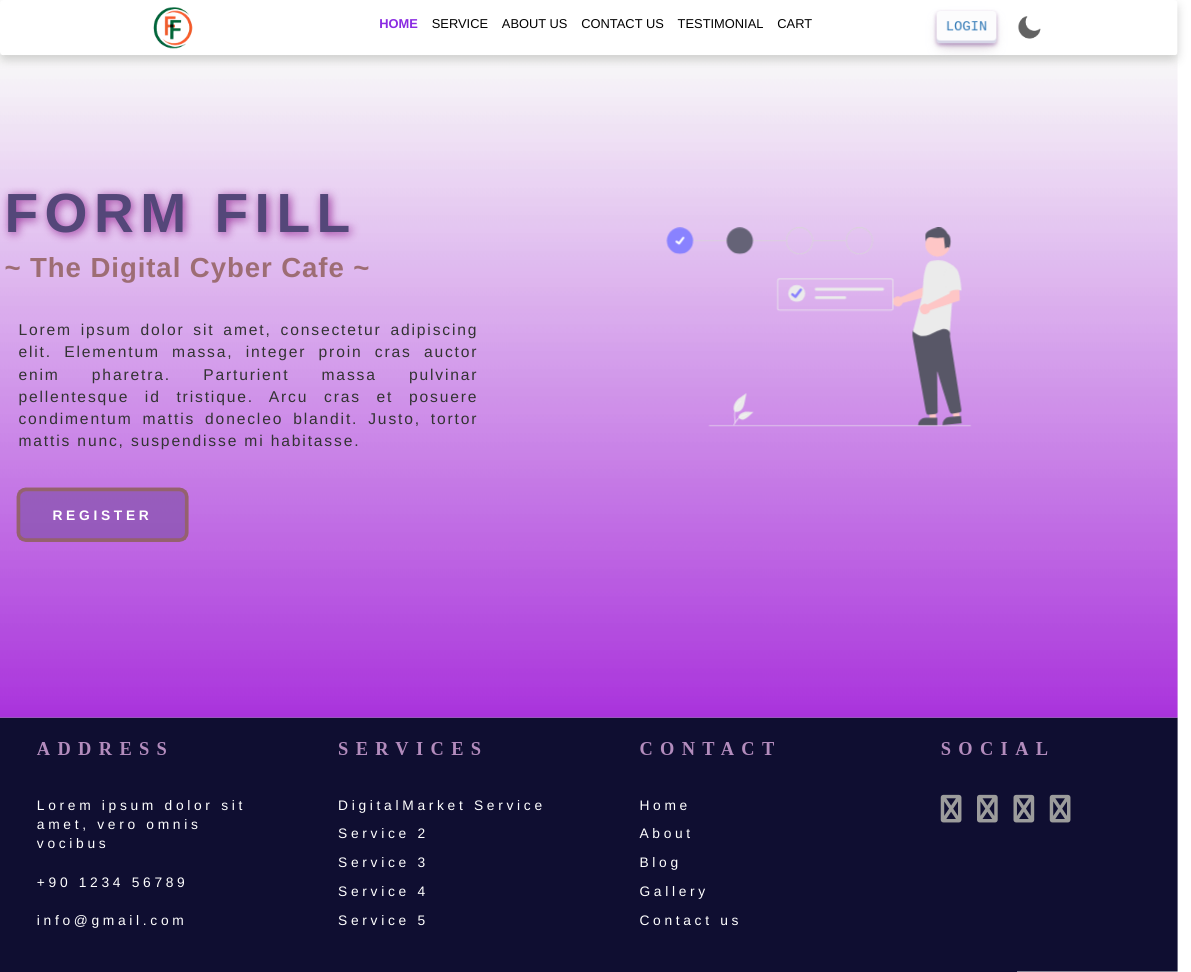
Repository: codervivek5/Formfil
Page: index.html
An editor plug-in stored every save of this project. The page is shown before and after the next save, followed by the edit.
The browser window is 1280 px wide. The page is 1295 px wide, so the pictures cover 1295 px, including what lies to the right of the window. The pictures show the whole page, at 92% of full size.
Some web fonts or font styles are not loaded; a fallback is used.

Above is the page before, as saved 2023-03-04 21:44:49.

### index.html
<!DOCTYPE html>
<html lang="en">

<head>
	<meta charset="UTF-8" />
	<meta http-equiv="X-UA-Compatible" content="IE=edge" />
	<meta name="viewport" content="width=device-width, initial-scale=1.0" />
	<title>Home-FormFil</title>
	<link rel="stylesheet" href="style/style.css" />
     <link rel="stylesheet" href="style/theme.css">

	<link rel="stylesheet" href="https://maxcdn.bootstrapcdn.com/bootstrap/3.4.1/css/bootstrap.min.css">
	<script src="https://ajax.googleapis.com/ajax/libs/jquery/3.6.0/jquery.min.js"></script>
     <script src="https://maxcdn.bootstrapcdn.com/bootstrap/3.4.1/js/bootstrap.min.js"></script>

	<link rel="stylesheet" href="https://fonts.googleapis.com/css?family=Trirong" />
	<link rel="icon" type="image/x-icon" href="./img/crop_logo.png" />
	<link rel="stylesheet" href="https://cdnjs.cloudflare.com/ajax/libs/font-awesome/6.2.1/css/all.min.css">
</head>

<body>

    <div class="loader">
          <img class= "imgload" src="img/logo.png"  alt="">
     </div>

     <header class="navbar">
      <a href="index.html"><img class="logo" src="img/logo.png" width="100px" height="100px" /></a>

      <div class="navbar-opt">
        <ul class="navbar-list">
          <li><a href="index.html" class="nav-link active">HOME</a></li>
          <li><a href="pages/service.html" class="nav-link">SERVICE </a></li>
          <li><a href="pages/about_us.html" class="nav-link">ABOUT US </a></li>
          <li><a href="pages/contact-us.html" class="nav-link">CONTACT US </a></li>
          <li><a href="pages/testimonial.html" class="nav-link">TESTIMONIAL</a></li>
          <li><a href="pages/cart.html" class="nav-link">CART</a></li>
        </ul>
      </div>

      <div class="fixed-buttons">
        <button><a href="pages/login.html" class="lgn">LOGIN</a></button>
        <img src="img/moon.png" id="icon">
      </div>

      <div class="mobile-menu">
        <ion-icon name="menu-outline" class="menu-icon"></ion-icon>
        <ion-icon name="close-outline" class="menu-icon"></ion-icon>
      </div>

     </header>

	<div class="main">

		<div class="container">
			<div class="content animated fadeInLeft">
				<h1>FORM FILL</h1>
				<h2>~ The Digital Cyber Cafe ~</h2>
				<p class="para">
					Lorem ipsum dolor sit amet, consectetur adipiscing elit.
          Elementum massa, integer proin cras auctor enim pharetra.
					Parturient massa pulvinar pellentesque id tristique.
          Arcu cras et posuere condimentum mattis donecleo blandit.
          Justo, tortor mattis nunc, suspendisse mi habitasse.
				</p>
				<div class="btn">
					<a href="pages/signup.html"> <button class="btn1 button">REGISTER</button></a>
				</div>
			</div>
			<div class="shipp animated fadeInRight">
				<img src="img/svg.svg" />
        <!-- <img src="img/formfilSvg.svg" /> -->
			</div>
		</div>
	</div>

<!-- footer section -->
<footer>
    <div>
        <div class="row">
            <div class="col-lg-3 col-md-5 col-sm-4 col-xs-12">
                <ul class="adress">
                     <span>Address</span>
                     <li>
                        <p>Lorem ipsum dolor sit amet, vero omnis vocibus</p>
                      </li>

                      <li>
                        <p>+90 1234 56789</p>
                      </li>

                      <li>
                        <p>info@gmail.com</p>
                      </li>
                 </ul>
            </div>
            <div class="col-lg-3 col-md-5 col-sm-4 col-xs-12">
               <ul class="service">
                    <span>Services</span>
                    <li>
                       <a href="#">DigitalMarket Service</a>
                     </li>

                     <li>
                        <a href="#">Service 2</a>
                     </li>

                     <li>
                       <a href="#">Service 3</a>
                     </li>

                     <li>
                        <a href="#">Service 4 </a>
                     </li>

                     <li>
                       <a href="#">Service 5</a>
                    </li>
               </ul>
           </div>
            <div class="col-lg-3 col-md-3 col-sm-4 col-xs-12">
                <ul class="contact">
                     <span>Contact</span>
                     <li>
                        <a href="index.html">Home</a>
                      </li>

                      <li>
                         <a href="pages/about_us.html">About</a>
                      </li>

                      <li>
                        <a href="#">Blog</a>
                      </li>

                      <li>
                         <a href="#">Gallery </a>
                      </li>

                      <li>
                        <a href="pages/contact-us.html">Contact us</a>
                     </li>
                </ul>
            </div>

            <div class="col-lg-3 col-md-3 col-sm-4 col-xs-12">
               <ul class="social">
                    <span>Social</span>
                    <li>
                         <a href="https://www.facebook.com/codervivek"  target="_blank"><i class="fa fa-facebook fa-2x"></i></a>
                    </li>

                    <li>
                         <a href="https://github.com/codervivek5" target="_blank"><i class="fa fa-github fa-2x"></i></a>
                    </li>

                    <li>
                         <a href="https://www.linkedin.com/in/codervivek/" target="_blank"><i class="fa fa-linkedin fa-2x"></i></a>
                    </li>

                    <li>
                         <a href="https://twitter.com/codervivek5" target="_blank"><i class="fa fa-twitter fa-2x"></i></a>
                    </li>

                    <li>
                         <a href="https://www.youtube.com/codervivek" target="_blank"><i class="fa fa-youtube-play fa-2x"></i></a>
                   </li>
                  </ul>
            </div>
       </div>
    </div>
    <button class="back-to-top hidden">
     <svg
     xmlns="http://www.w3.org/2000/svg"
     class="back-to-top-icon"
     fill="none"
     viewBox="0 0 24 24"
     stroke="currentColor"
   >
     <path
       stroke-linecap="round"
       stroke-linejoin="round"
       stroke-width="2"
       d="M7 11l5-5m0 0l5 5m-5-5v12"
     />
   </svg></button>
</footer>


<script>

     // Javascript Code for Dark Mode Switch
	var icon = document.getElementById("icon");
	icon.onclick = function(){
		document.body.classList.toggle("dark-mode");
		if (document.body.classList.contains("dark-mode")){
			icon.src="img/sun.png";
		}
		else {
			icon.src="img/moon.png";
		}
	}
  //javascript for loader
  $(document).ready(function() {
      // Animate loader off screen
   setTimeout(function() {
    $(".loader").fadeOut("slow");
   }, 0);
  });
      // Javascript Code for Scroll to top Button
      const showOnPx = 100;
      const backToTopButton = document.querySelector(".back-to-top")

     const scrollContainer = () => {
       return document.documentElement || document.body;
      };

 document.addEventListener("scroll", () => {
   if (scrollContainer().scrollTop > showOnPx) {
     backToTopButton.classList.remove("hidden")
   } else {
     backToTopButton.classList.add("hidden")
   }
 })
 const goToTop = () => {
   document.body.scrollIntoView({
     behavior: "smooth",
   });
 };
 backToTopButton.addEventListener("click", goToTop);

 const mobile_nav= document.querySelector('.mobile-menu');
const nav_header= document.querySelector(".navbar");

const toggleNav = () =>{
  nav_header.classList.toggle("switchOn");
}

mobile_nav.addEventListener('click', () => toggleNav());

</script>
<script type="module" src="https://unpkg.com/ionicons@5.5.2/dist/ionicons/ionicons.esm.js"></script>
<script nomodule src="https://unpkg.com/ionicons@5.5.2/dist/ionicons/ionicons.js"></script>
</body>
</html>

### style/style.css
@import url('https://fonts.googleapis.com/css2?family=Tilt+Prism&display=swap');

body{
	margin:0;
	padding:0;
	background:black;
font-family: 'Times New Roman', Times, serif;
overflow-x: hidden;
}
.main{
	position: relative;
	height:100%;
	width:100%;
	background-position: center;
	background-repeat: no-repeat;
	background-size: cover;
	/* opacity: 0.8; */

}
.navbar{
    padding: 0 !important;
    padding: 0 3rem;
    height: 6rem;
    display: flex;
    justify-content: space-between;
    align-items: center;
    margin-bottom: 0 !important;
    box-shadow: 0px 5px 10px #48464640 !important;
    z-index: 999;
}

.navbar-opt{
    transition: all 0.5s;
  }

  .navbar-list{
    display: flex;
    gap: 1.5rem;
    list-style: none;
  }

  .fixed-buttons{
    display: flex;
    justify-content: center;
    align-items: center;
    column-gap: 1rem;
  }

  .active{
    font-weight: 700 !important;
  }

  .nav-link:link,
.nav-link:visited {
  display: inline-block;
  text-decoration: none;
  color: black;
}

.mobile-menu{
  display: none;
  background: transparent;
  cursor: pointer;
}

.menu-icon{
  width: 3.2rem;
  height: 3.2rem;
  z-index: 1000;
}

.menu-icon[name="close-outline"]{
  display: none;
}

.fixed-buttons button{
  align-items: center;
  appearance: none;
  background-color: #FCFCFD;
  border-radius: 4px;
  border-width: 0;
  box-shadow: #7b378e7b 0 2px 4px,#c1b6c4a8 0 7px 13px -3px,#D6D6E7 0 -3px 0 inset;
  box-sizing: border-box;
  color: #36395A;
  cursor: pointer;
  display: inline-flex;
  font-family: "JetBrains Mono",monospace;
  height: 3.5rem;
  justify-content: center;
  line-height: 1;
  list-style: none;
  overflow: hidden;
  padding-left: 1rem;
  padding-right: 1rem;
  position: relative;
  text-align: left;
  text-decoration: none;
  transition: box-shadow .15s,transform .15s;
  user-select: none;
  -webkit-user-select: none;
  touch-action: manipulation;
  white-space: nowrap;
  will-change: box-shadow,transform;
  font-size: 1.5rem;
}

.fixed-buttons button:focus {
    box-shadow: #D6D6E7 0 0 0 1.5px inset, rgba(45, 35, 66, 0.4) 0 2px 4px, rgba(45, 35, 66, 0.3) 0 7px 13px -3px, #D6D6E7 0 -3px 0 inset;
  }

  .fixed-buttons button:hover {
    box-shadow: rgba(45, 35, 66, 0.4) 0 4px 8px, rgba(45, 35, 66, 0.3) 0 7px 13px -3px, #D6D6E7 0 -3px 0 inset;
    transform: translateY(-2px);
  }

  .fixed-buttons button:active {
    box-shadow: #D6D6E7 0 3px 7px inset;
    transform: translateY(2px);
  }

@media (max-width:1220px){
    .navbar-list{
      gap: 0.3rem;
    }
  }

  @media (max-width:1030px){
    .mobile-menu{
      display: block;
    }

    .navbar{
      padding: 0 1rem;
      position: relative;
    }

    .navbar-opt{
      width: 100vw;
      height: 100vh;
      background-color: #484646dd;
      position: absolute;
      top: 0;
      left: 0;
      display: flex;
      justify-content: center;
      /* transform: translateY(100%); */
      transition: all 0.5s linear;
      opacity: 0;
      visibility: hidden;
      pointer-events: none;
    }

    .navbar-list{
      flex-direction: column;
      align-items: center;
      justify-content: center;
      font-size: 1.7rem;
      font-weight: 500;
    }

    .switchOn .navbar-opt{
      opacity: 1;
      visibility: visible;
      pointer-events: auto;
    }

    .switchOn .mobile-menu .menu-icon[name="close-outline"]{
      display: block;
    }

    .switchOn .mobile-menu .menu-icon[name="menu-outline"]{
      display: none;
    }

  }

  .nav-link:hover{
    color: grey !important;
  }

    /* ____________________________________________________________________________________________________________ */

.container{
    display: flex;
    justify-content: space-between;
    align-items: center;
    position: relative;
    top: 20vh;
    padding: 0px 25px;
}
.shipp{
  margin-top: -90px;
  padding-left: 50px;
}
.shipp img{
    width: 60vh;
}
.content{
  display: flex;
  flex-direction: column;
  margin-left: -110px;
}
.content h1{
    color: #2a1958;
    text-shadow: 2px 2px 10px purple;
    font-size: 6rem;
    letter-spacing: 7px;
    margin-top: -5px;
    font-weight: bold;
}
.content h2{
	width:100%;
  font-weight: bold;
  margin-top: -1px;
  letter-spacing: 1px;
}
.content .para{
  color: black;
	width:100%;
  text-align: justify;
  font-size: 17px;
  margin-top: 30px;
  padding-left: 60px;
  letter-spacing: 2px;
  font-weight: 500;

}
.content .btn{
  text-align: left;
  margin-left: 45px;
  margin-top: 20px;
}
.content button{
    padding: 15px 35px;
    border-radius: 10px;
    border: none;
    background-color: rgba(90, 34, 139,0.6) !important;
    /* border: 4px solid rgba(90, 34, 139); */
    border: 4px solid rgba(122, 60, 60, 0.87);
    color: white !important;
    font-weight: bold !important;
    letter-spacing: 4px;
    font-size: 15px !important;
    transition: transform .2s;
}
.btn1:hover{
  transform: scale(1.15);
  background-color: rgba(90, 34, 139,0.2) !important;
  color: white !important;
}

@media only screen and (max-width: 1300px){
    .shipp img{
      width: 50vw;
      height: 30vh;
  }
  }

  @media only screen and (max-width: 500px){
    .container{
      display: flex;
      flex-direction: column;
      padding: 0 !important;
      margin: 0 !important;
    }
    .content{
      width: 100vw;
      display: flex;
      flex-direction: column;
      justify-content: center;
      align-items: center;
      padding: 0 !important;
      margin: 0 !important;
    }
    .shipp img{
      width: 50vw;
      height: 40vh;
  }
  .content h1{
    font-size: 3rem;
  }
  .content h2{
    font-size: 2rem;
  }
  .content .para{
    font-size: 1.5rem;
  }
  }
/* footer */
footer{
     background-color: #0f0e31;
     padding:20px 0px;
     z-index: 1;
}

footer ul li{
    padding:5px 0px;
}

.adress span , .contact span , .social span, .service span{
   color: #FFF;
   font-weight: 800;
   padding-bottom: 10px;
   margin-bottom: 20px;
   display: block;
   text-transform: uppercase;
   font-size: 20px;
   letter-spacing: 3px;
}

.adress li p , .contact li a , .social li a, .service li a{
    color:#FFF;
    letter-spacing: 2px;
    text-decoration:none;
    font-size:15px;
    font-style: sans-serif;
}

.social li{
    float:left;
}

.adress , .contact , .social , .service{
    list-style: none;
}

.fa{
    color:#9c9c9c;
    margin-right: 15px;
    font-size:24px;
}
.service span{
    letter-spacing: 8px;
    font-family:'Tilt Prism', cursive;
    color:rgb(179,140,189);
}
.contact span{
    letter-spacing: 8px;
    font-family: 'Tilt Prism', cursive;
    color:rgb(179,140,189);

}
.adress span{
    letter-spacing: 8px;
    font-family:'Tilt Prism', cursive;
    color:rgb(179,140,189);
}
.social span{
    letter-spacing: 8px;
    font-family:'Tilt Prism', cursive;
    color:rgb(179,140,189);
}
.service a{
    letter-spacing: 4px !important;
    position: relative;
    transition: all 0.5s ease;
    -webkit-transition: all 0.5s ease;
}
.service a:hover {
    color: rgb(137,130,255) !important;
    transition: all 1s ease;
    -webkit-transition: all 1s ease;
}

 .service a:before, .service a:after {
  content: '';
  position: absolute;
  width: 0%;
  height: 1px;
  bottom: -1px;
  background:rgb(204,214,246);
}

.imgload{
	height: 25%;
	width: 15%;

}
.loader{
    position: fixed;
    z-index: 1;
    top: 0;
    left: 0;
    background: #7b378ec4;
    height: 100%;
    width: 100%;
    display: flex;
    justify-content: center;
    align-items: center;
  }

  .loader.hidden{
    animation: fadeOut 2s forwards;
  }
  @keyframes fadeOut {
    100%{
      opacity: 100%;
      visibility: hidden;
    }
  }



.adress p{
    letter-spacing: 4px !important;
    position: relative;
    transition: all 0.5s ease;
    -webkit-transition: all 0.5s ease;
}
.adress p:hover {
    color: rgb(14, 214, 3) !important;
    transition: all 1s ease;
    -webkit-transition: all 1s ease;
}
.contact a{
    letter-spacing: 4px !important;
    position: relative;
    transition: all 0.5s ease;
    -webkit-transition: all 0.5s ease;
}
.contact a:hover {
    color: rgb(212, 1, 227) !important;
    transition: all 1s ease;
    -webkit-transition: all 1s ease;
}
.social i{
    position: relative;
}
.social i:hover {
    color: rgb(15, 3, 252) !important;
    transition: all 1s ease;
    -webkit-transition: all 1s ease;
}
.back-to-top {
    position: fixed;
    right: 2rem;
    bottom: 2rem;
}
.hidden {
    display: none;
        opacity: 0%;

  }
.back-to-top {
    position: fixed;
    right: 2rem;
    bottom: 2rem;
    border-radius: 100%;
    background: gray;
    padding: 1.5rem;
    border: none;
    cursor: pointer;
    opacity: 100%;
    transition: opacity 0.5s;
  }
  .back-to-top-icon {
    width: 2rem;
    height: 2rem;
    color: white;
  }
  .back-to-top:hover {
    opacity: 60%;
  }

.footerpart{
	text-align: center;
}
.animated {
  -webkit-animation-duration: 5s;
  animation-duration: 5s;
  -webkit-animation-fill-mode: both;
  animation-fill-mode: both;
}

@-webkit-keyframes fadeInLeft {
  0% {
     opacity: 0;
     -webkit-transform: translateX(-100px);
  }
  100% {
     opacity: 1;
     -webkit-transform: translateX(0);
  }
}
.fadeInLeft {
  -webkit-animation-name: fadeInLeft;
  animation-name: fadeInLeft;
}


@-webkit-keyframes fadeInRight {
  0% {
     opacity: 0;
     -webkit-transform: translateX(100px);
  }
  100% {
     opacity: 1;
     -webkit-transform: translateX(0);
  }
}

.fadeInRight {
  -webkit-animation-name: fadeInRight;
  animation-name: fadeInRight;
}



    /* ____________________________________________________________________________________________________________ */

### style/theme.css
:root{
	--color--main: linear-gradient(rgba(244, 245, 243, 0.712),rgb(148,0,211));
	--color--footer: rgb(119, 5, 100);
	--color--h1: #2a1958;
	--color--h2: rgba(122, 60, 60, 0.87);
	--color--p: black;
	--color--btn: #2a1958;
	--color--nav: black;
	--color--nav_before:#2a1958;
	--color--customnav: white;
}
.dark-mode{
	--color--main: linear-gradient(#4b075ac4,rgba(28, 1, 41, 0.712));
	--color--footer: rgb(65, 3, 55);
	--color--h1: rgb(255, 255, 255);
	--color--h2: rgb(233, 233, 233);
	--color--p: white;
	--color--btn: #130735;
	--color--nav: rgb(215, 244, 248);
	--color--nav_before:rgb(215, 244, 248);
	--color--customnav: rgb(174, 147, 180);
}
#icon{
	width: 30px;
	cursor: pointer;
	margin: 10px;
}
.main{
	position: relative;
	height:100vh;
	width:100%;
	background:var(--color--main);
	background-position: center;
	background-repeat: no-repeat;
	background-size: cover;
	opacity: 0.8;
}
.navbar{
	background-color: var(--color--customnav);
}

.nav-link{
	color: var(--color--p) !important;
}

.active{
	color: blueviolet !important;
}
.content h1{
    color:var(--color--h1);
margin-left: 8%;
}
.content h2{
    color: var(--color--h2);
    margin-left: 8%;
}
.content .para{
    color: var(--color--p);
}
.content .btn1 {
    background-color: var(--color--btn);
    color:honeydew;

}
.footer{
	background-color:var(--color--footer);
	display: block;
	justify-content: center;
	align-items: center;
	width: 100%;
	height: 40vh;

}

After the next save:
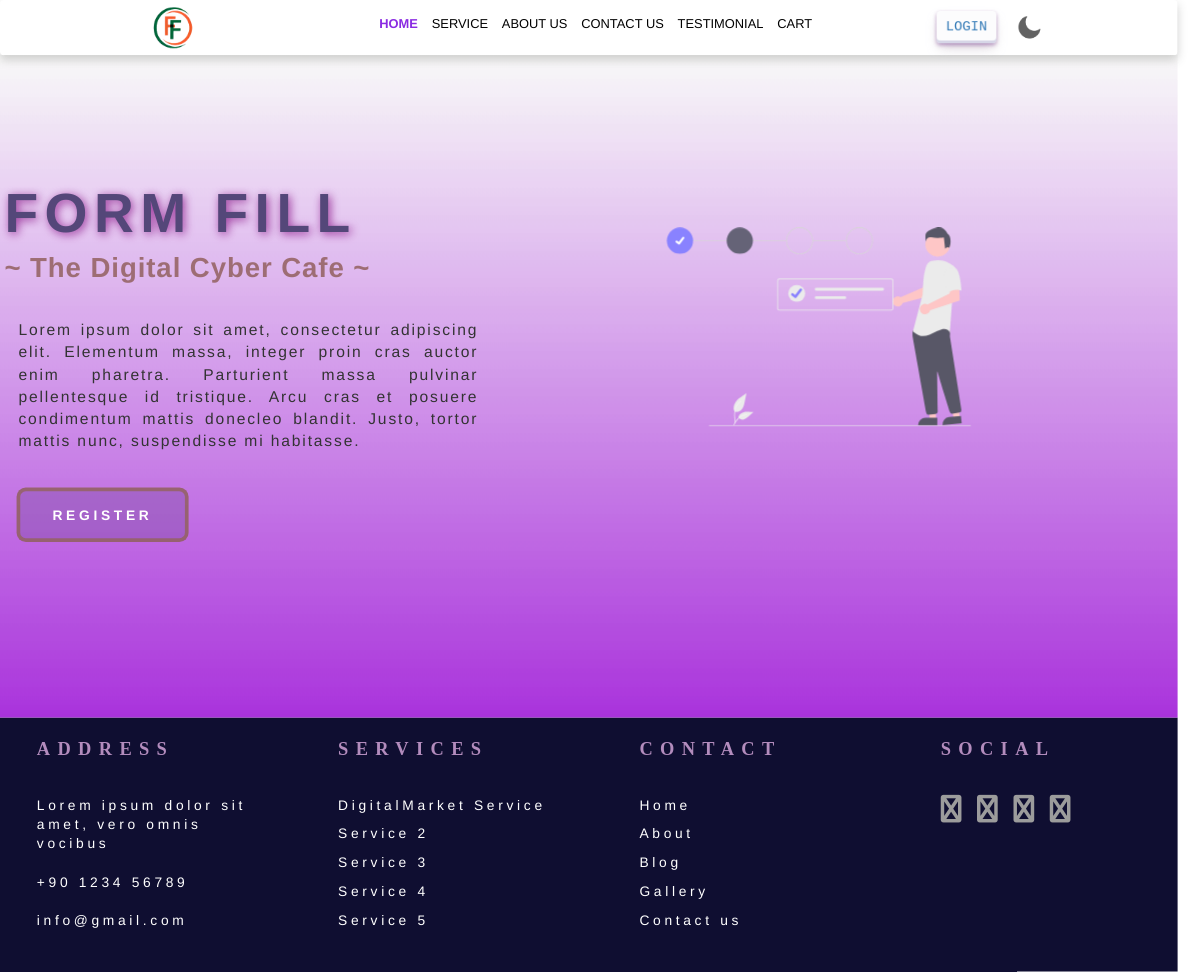
Saved 12 s later.
--- a/style/style.css
+++ b/style/style.css
@@ -234,7 +234,7 @@ overflow-x: hidden;
     padding: 15px 35px;
     border-radius: 10px;
     border: none;
-    background-color: rgba(90, 34, 139,0.6) !important;
+    background-color: rgba(90, 34, 139,0.4) !important;
     /* border: 4px solid rgba(90, 34, 139); */
     border: 4px solid rgba(122, 60, 60, 0.87);
     color: white !important;
